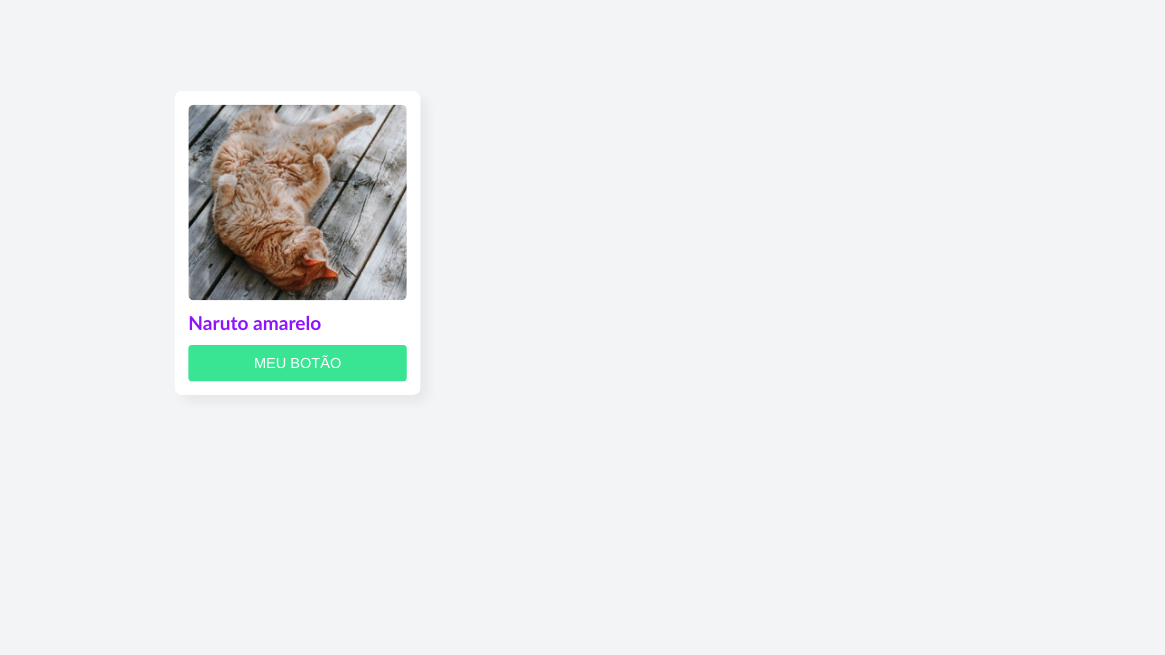
Repository: alessandradiamantino/Curso-Front-End-Design
Page: 1 - Introdução ao HTML e CSS/2 - Exercício CSS/01/codesignerspro-arquivos-exercicio-css-02/codesignerspro-arquivos-exercicio-css-02/index.html
These files come from the project's save history. The page is drawn as it stood at one moment and after the next save; the edit follows.
The browser window is 1280 px wide. The pictures show the whole page, at 91% of full size.

Above is the page before, as saved 2023-04-22 09:48:02.

After the next save:
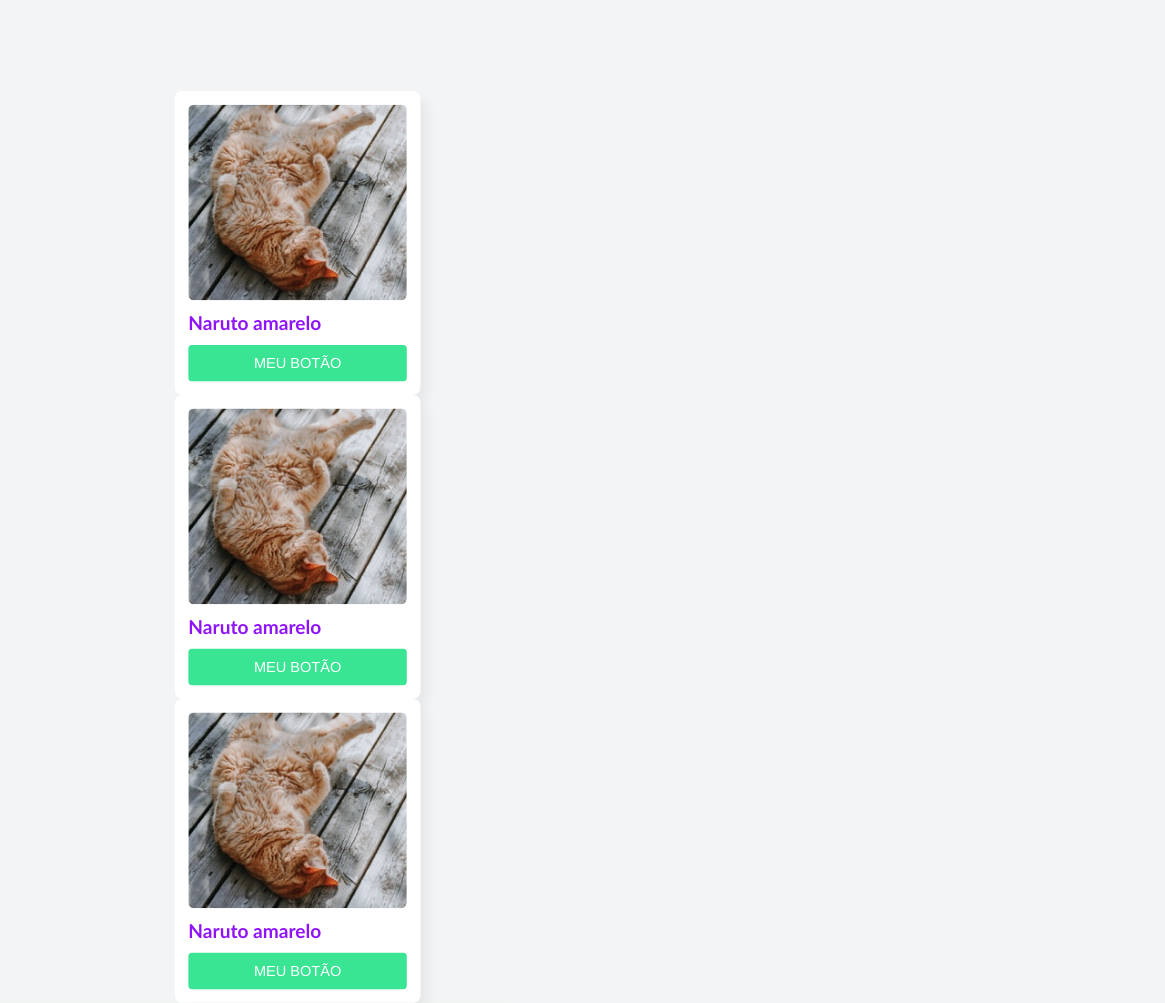
Saved 5 s later.
--- a/1 - Introdução ao HTML e CSS/2 - Exercício CSS/01/codesignerspro-arquivos-exercicio-css-02/codesignerspro-arquivos-exercicio-css-02/index.html
+++ b/1 - Introdução ao HTML e CSS/2 - Exercício CSS/01/codesignerspro-arquivos-exercicio-css-02/codesignerspro-arquivos-exercicio-css-02/index.html
@@ -27,6 +27,37 @@
   </div>
 </div>
 
+<div class="card-container">
+  <div class="card">
+    <img src="images/gato-01.jpg"
+      alt="gato deitado"
+      title="gatinho"
+      class="card-image"
+    />
+    <div class="card-body">
+      <h1>Naruto amarelo</h1>
+  </div>
+  <div class="card-footer">
+   <a href="https://web.whatsapp.com/" class="btn">Meu Botão</a>
+  </div>
+</div>
+</div>
+
+<div class="card-container">
+  <div class="card">
+    <img src="images/gato-01.jpg"
+      alt="gato deitado"
+      title="gatinho"
+      class="card-image"
+    />
+    <div class="card-body">
+      <h1>Naruto amarelo</h1>
+  </div>
+  <div class="card-footer">
+   <a href="https://web.whatsapp.com/" class="btn">Meu Botão</a>
+  </div>
+</div>
+</div>
   </main>
 </body>
 
